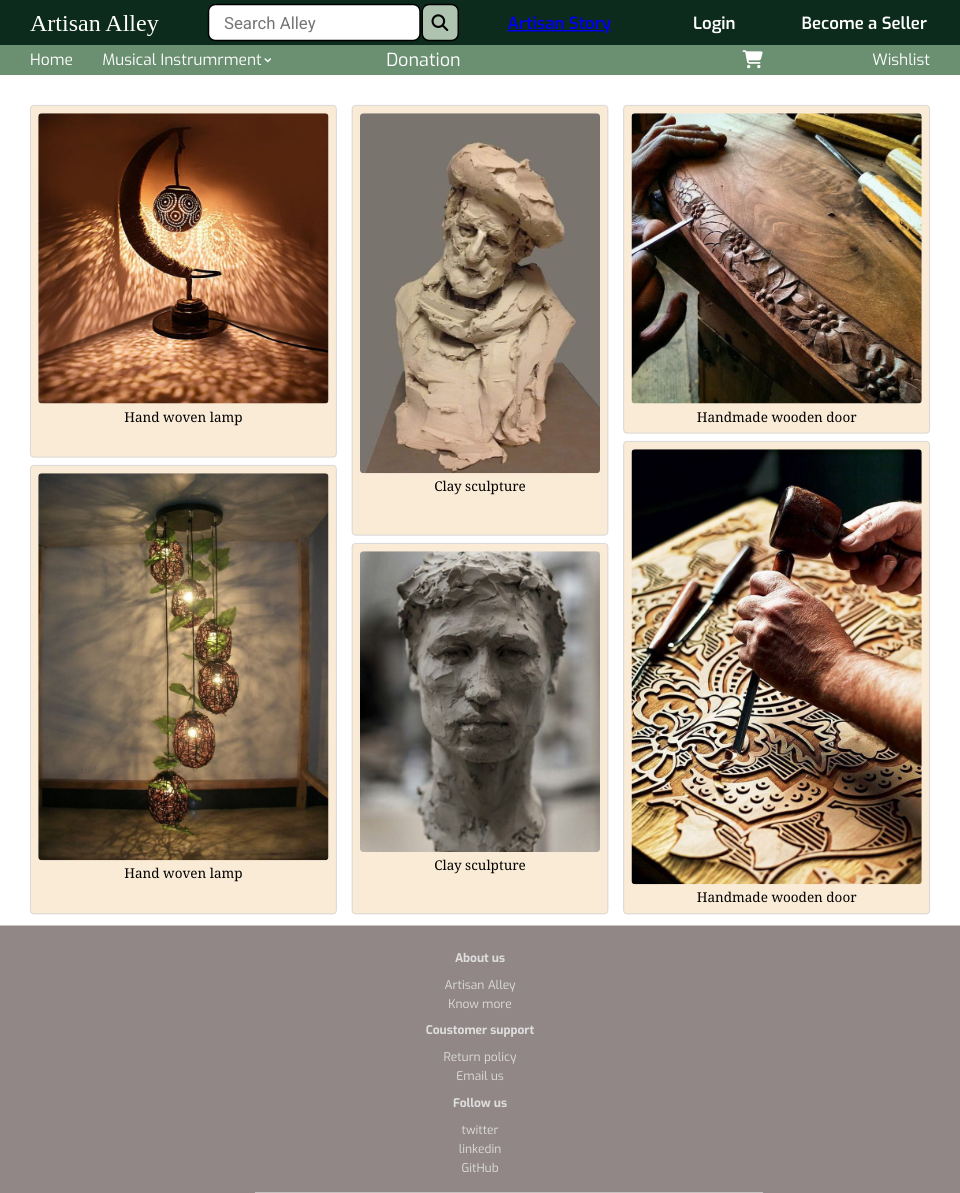
Repository: RingkhangBTY/Bytehacks_Hackathon_Project
Page: index.html
These files come from the project's save history. The page is drawn as it stood at one moment and after the next save; the edit follows.
The browser window is 1280 px wide. The pictures show the whole page, at 75% of full size.
Some web fonts or font styles are not loaded; a fallback is used.

Above is the page before, as saved 2024-11-27 04:34:24.

After the next save:
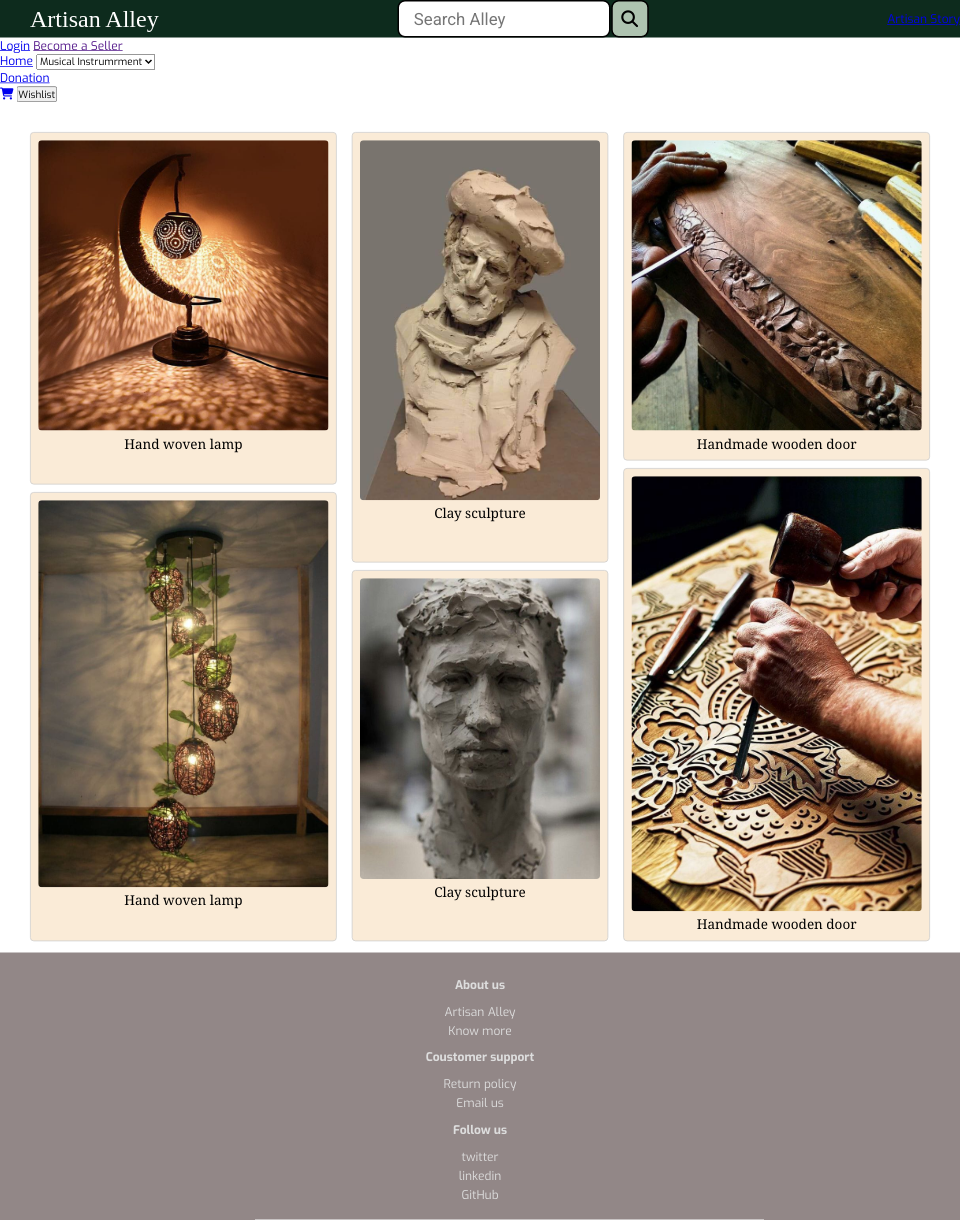
Saved 12 s later.
--- a/index.html
+++ b/index.html
@@ -35,7 +35,6 @@
           </div>
 
           <div class="artisan-story">
-            <div class="story">
               <a href="artisan-story.html">Artisan Story</a>
             </div>
           </div>

After the save that followed:
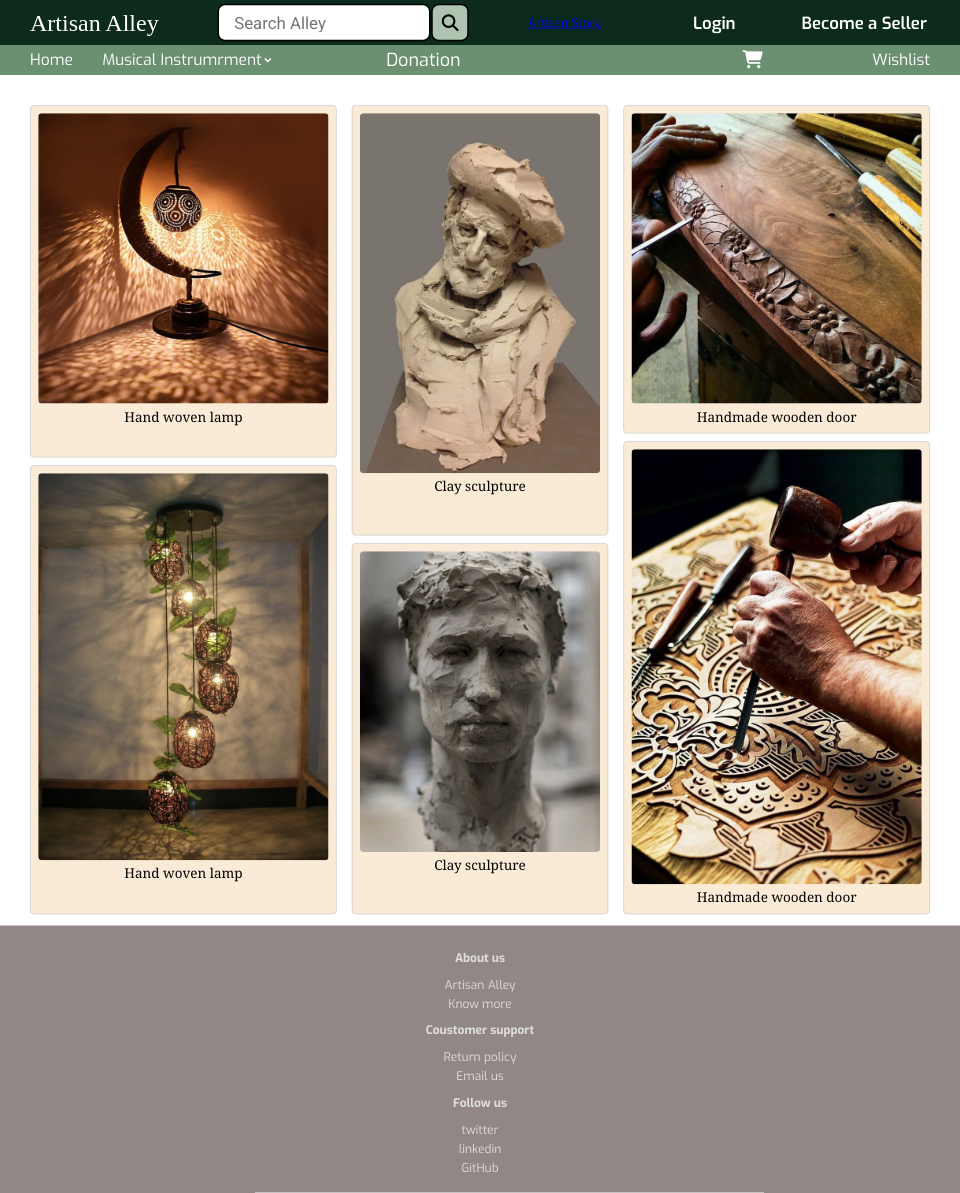
Saved 4 s later.
--- a/index.html
+++ b/index.html
@@ -36,7 +36,6 @@
 
           <div class="artisan-story">
               <a href="artisan-story.html">Artisan Story</a>
-            </div>
           </div>
 
           <div class="login-and-seller">
